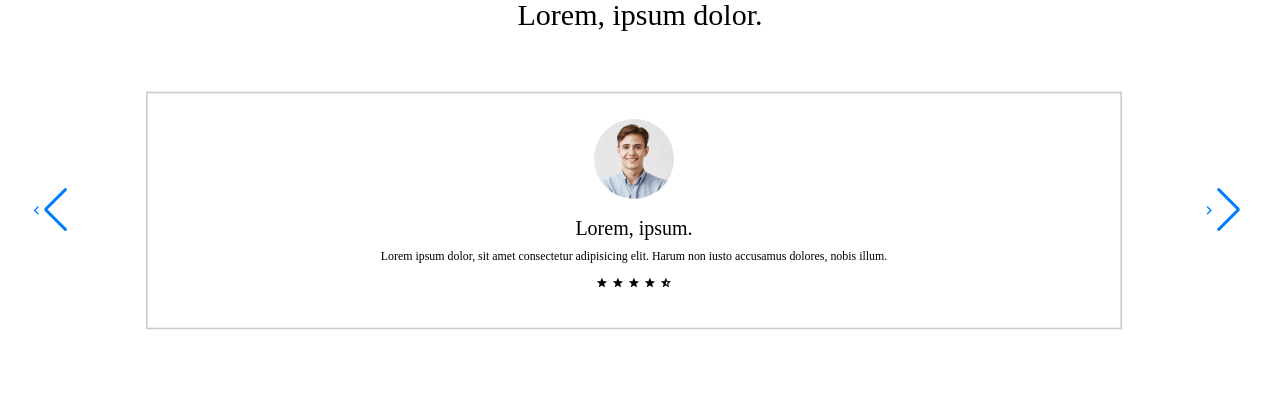
Repository: dinhhaidh/slider-3
Page: index.html
An editor plug-in stored every save of this project. The page is shown before and after the next save, followed by the edit.
The browser window is 1280 px wide. The pictures show the whole page.

Above is the page before, as saved 2024-03-22 22:00:02.

### index.html
<!DOCTYPE html>
<html lang="en">
<head>
    <meta charset="UTF-8">
    <meta name="viewport" content="width=device-width, initial-scale=1.0">
    <title>Document</title>
    <link rel="stylesheet" href="https://cdnjs.cloudflare.com/ajax/libs/remixicon/4.2.0/remixicon.min.css">

    <link rel="stylesheet" href="./css/swiper-bundle.min.css">

    <link rel="stylesheet" href="./css/style.css">

</head>
<body>
    <div class="new">
        <h3 class="new__title">
            Lorem, ipsum dolor.
        </h3>

        <div class="new__container container">
            <div class="new__swiper swiper">
                <div  class="swiper-wrapper">
                    <article class="new__card new__article swiper-slide">
                        <img src="./img1.png" alt="" class="new__img">
                        <h3 class="new__subtitle">
                            Lorem, ipsum.
                        </h3>
                        <p class="new__description">
                            Lorem ipsum dolor, sit amet consectetur adipisicing elit. Harum non iusto accusamus dolores, nobis illum.
                        </p>
                        <div class="new__stars">
                            <i class="ri-star-s-fill"></i>
                            <i class="ri-star-s-fill"></i>
                            <i class="ri-star-s-fill"></i>
                            <i class="ri-star-s-fill"></i>
                            <i class="ri-star-half-s-line"></i>
                        </div>
                    </article>

                    <article class="new__card new__article swiper-slide">
                        <img src="./img1.png" alt="" class="new__img">
                        <h3 class="new__subtitle">
                            Lorem, ipsum.
                        </h3>
                        <p class="new__description">
                            Lorem ipsum dolor, sit amet consectetur adipisicing elit. Harum non iusto accusamus dolores, nobis illum.
                        </p>
                        <div class="new__stars">
                            <i class="ri-star-s-fill"></i>
                            <i class="ri-star-s-fill"></i>
                            <i class="ri-star-s-fill"></i>
                            <i class="ri-star-s-fill"></i>
                            <i class="ri-star-half-s-line"></i>
                        </div>
                    </article>

                    <article class="new__card new__article swiper-slide">
                        <img src="./img1.png" alt="" class="new__img">
                        <h3 class="new__subtitle">
                            Lorem, ipsum.
                        </h3>
                        <p class="new__description">
                            Lorem ipsum dolor, sit amet consectetur adipisicing elit. Harum non iusto accusamus dolores, nobis illum.
                        </p>
                        <div class="new__stars">
                            <i class="ri-star-s-fill"></i>
                            <i class="ri-star-s-fill"></i>
                            <i class="ri-star-s-fill"></i>
                            <i class="ri-star-s-fill"></i>
                            <i class="ri-star-half-s-line"></i>
                        </div>
                    </article>
                </div>

                <!-- If we need navigation buttons -->
                <div class="swiper-button-prev">
                    <i class="ri-arrow-left-s-line"></i>
                </div>
                <div class="swiper-button-next">
                    <i class="ri-arrow-right-s-line"></i>
                </div>
            </div>

        </div>
    </div>

    <script src="./js/swiper-bundle.min.js"></script>
    <script src="./js/app.js"></script>
</body>
</html>

### css/style.css
*,
*:before,
*:after {
  box-sizing: border-box;
}
* {
  margin: 0;
  padding: 0;
  font: inherit;
}
img,
picture,
svg,
video {
  display: block;
  max-width: 100%;
}
input,
select,
textarea {
  background-color: transparent;
  outline: none;
}
button {
  cursor: pointer;
  background-color: transparent;
  outline: none;
  border: 0;
}
body {
  min-height: 100vh;
  font-weight: 400;
  font-size: 16px;
  line-height: 1;
}

.container{
  max-width: 1220px;
  Margin-inline: 1.5rem;
}


.new__title{
  font-size: 30px;
  margin-bottom: 2rem;
  text-align: center;
}

.new__card{
  scale: .8;
}
.new .swiper-slider-active,
.new .sw{

}

.new__article{
  padding: 2rem 2.5rem 3rem;
  text-align: center;
  border: 2px solid #ccc;
}
.new__img{
  width: 100px;
  border-radius: 50%;
  margin: 0 auto 1.5rem;
}
.new__subtitle{
  margin-bottom: 1rem;
  font-size: 25px;
}
.new__description{
  font-size: 0.93rem;
  margin-bottom: 1rem;
}
.new__stars{

}
.ri-star-s-fill{

}
.ri-star-half-s-line{

}

### js/app.js

let swiperCustomer = new Swiper('.customer__swiper', {
    loop: true,
    spaceBetween: 16,
    slidesPerView: 'auto',
    centeredSlides: true,


     // Navigation arrows
    navigation: {
        nextEl: '.swiper-button-next',
        prevEl: '.swiper-button-prev',
    },

    breakpoints: {
        1150: {
            slidesPerView: 3,
            centeredSlides: false,
        }
    }
});

Loaded but not shown: css/swiper-bundle.min.css (library); js/swiper-bundle.min.js (library)

After the next save:
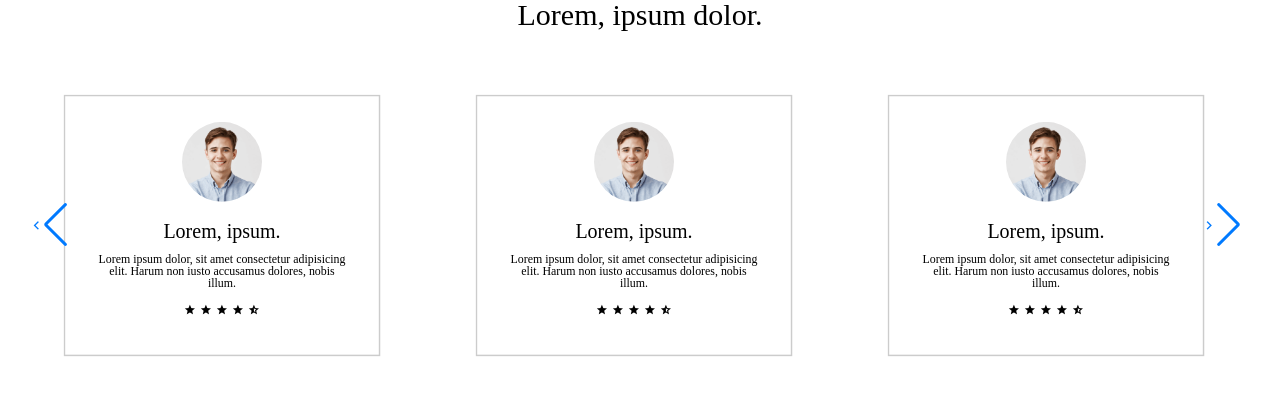
Saved 38 s later.
--- a/js/app.js
+++ b/js/app.js
@@ -1,5 +1,5 @@
 
-let swiperCustomer = new Swiper('.customer__swiper', {
+let swiperCustomer = new Swiper('.new__swiper', {
     loop: true,
     spaceBetween: 16,
     slidesPerView: 'auto',
